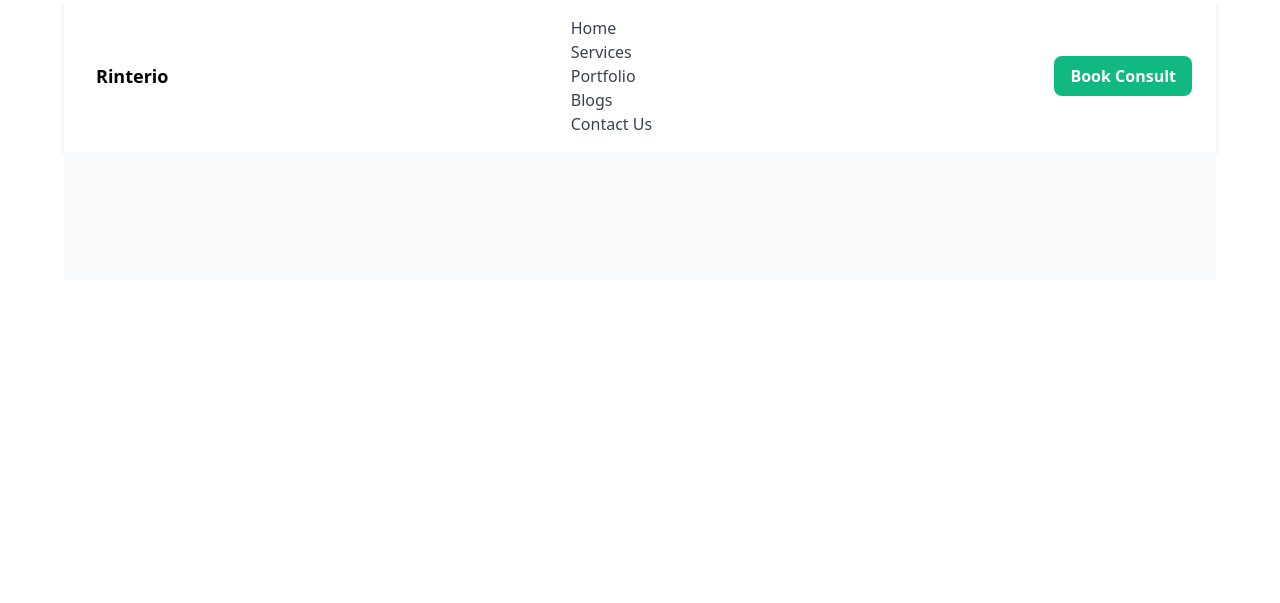
Repository: Aminul-Islam85/Assignment-3
Page: index.html
These files come from the project's save history. The page is drawn as it stood at one moment and after the next save; the edit follows.
The browser window is 1280 px wide. The pictures show the whole page.

Above is the page before, as saved 2024-10-31 13:38:53.

After the next save:
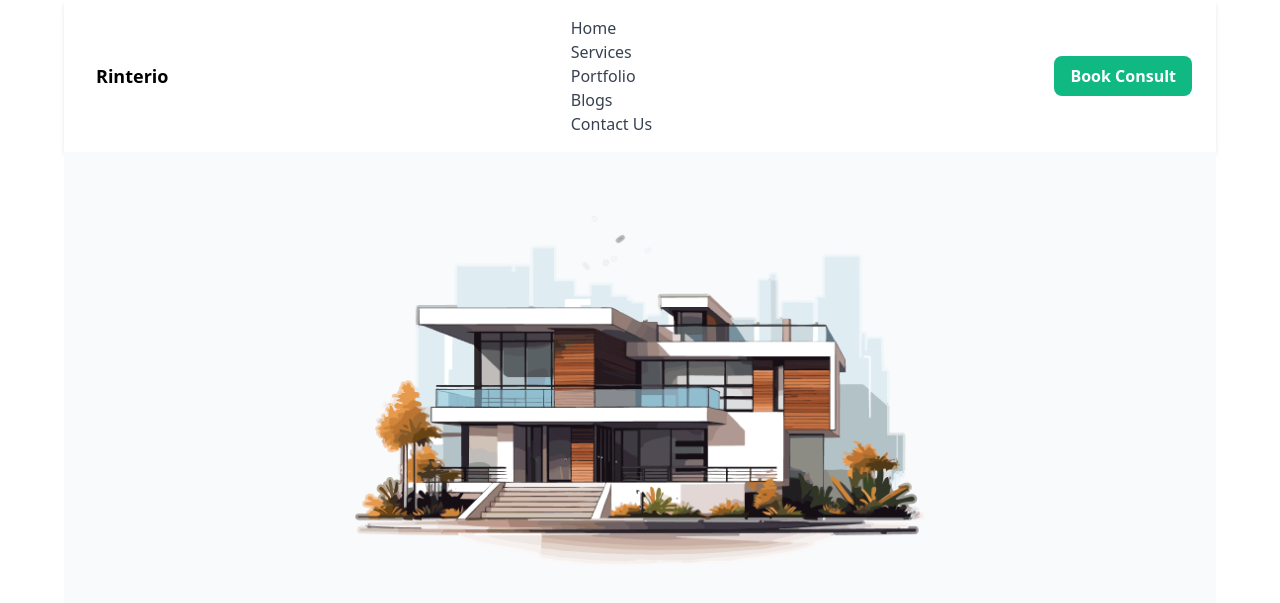
Saved 4 min 9 s later.
--- a/index.html
+++ b/index.html
@@ -24,6 +24,7 @@
         </nav>
 
         <section class="flex flex-col items-center justify-center text-center py-16 bg-gray-50">
+            <img src="assets/banner.png" alt="Banner class="w-4/5 max-w-2xl rounded-lg shadow-lg">
 
         </section>
 
